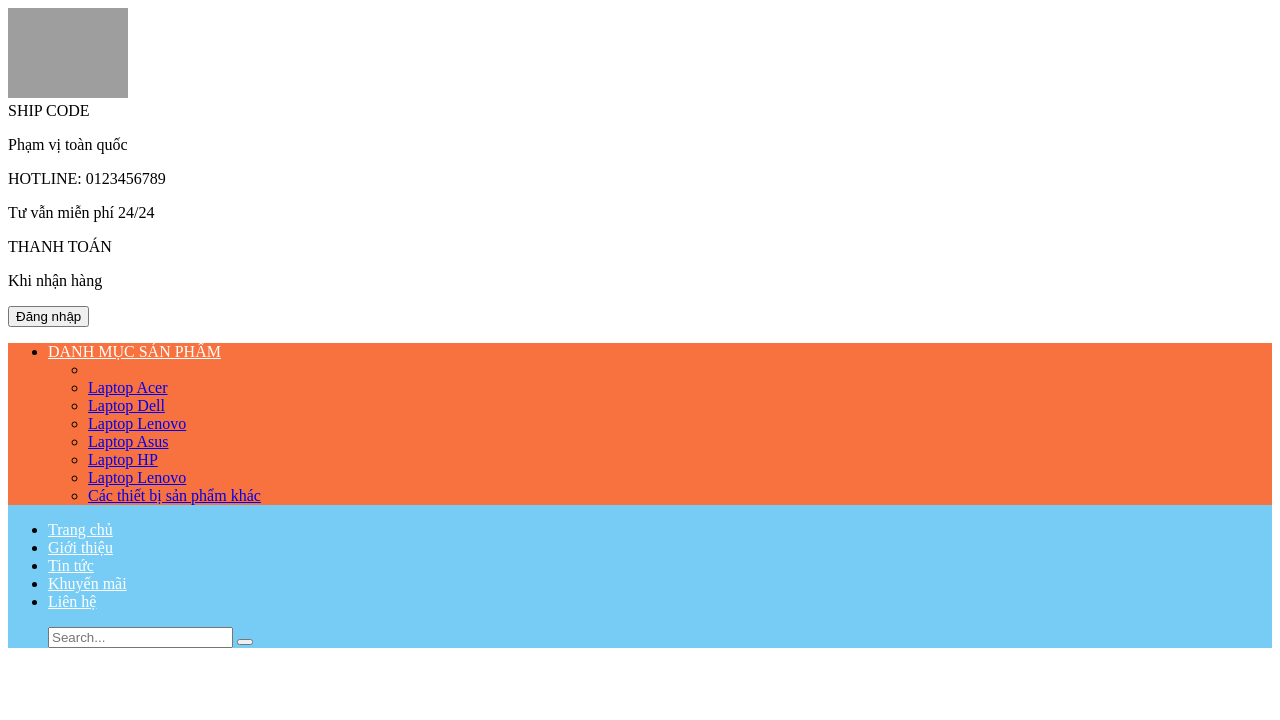
Repository: dhuNn103/DA
Page: http://localhost/CPT/all/homeHeader.jsp
These files come from the project's save history. The page is drawn as it stood at one moment and after the next save; the edit follows.
The browser window is 1280 px wide. The pictures show the whole page.
Pictures or frames that could not be fetched are drawn as grey boxes. The page is served by Tomcat 9.

Above is the page before, as saved 2024-05-13 16:31:53.

After the next save:
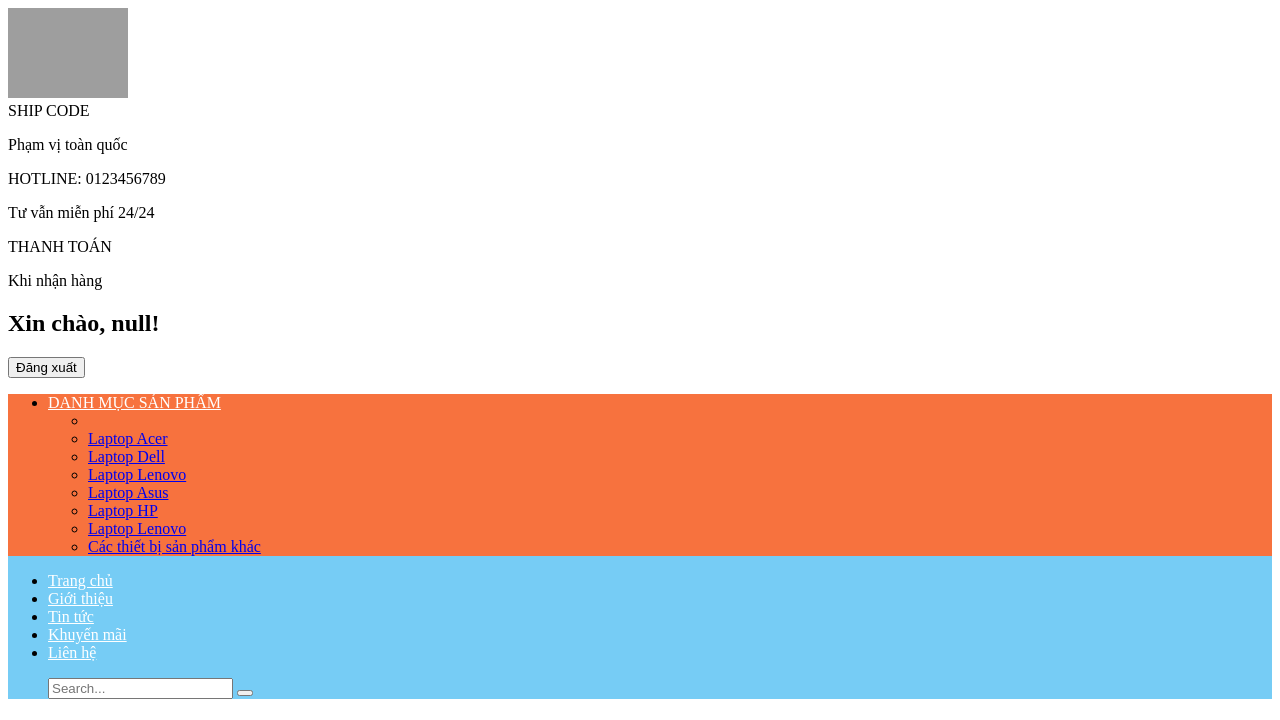
Saved 10 min 38 s later.
--- a/workspace/CPT/src/main/webapp/all/homeHeader.jsp
+++ b/workspace/CPT/src/main/webapp/all/homeHeader.jsp
@@ -79,20 +79,13 @@
 								<!-- 										nhập/đăng ký</button> -->
 								<!-- 								</a> -->
 
-								<%
-								if (session.getAttribute("username") == null) {
-								%>
-								<button onclick="location.href='login.jsp'">Đăng nhập</button>
-								<%
-								} else {
-								%>
-								<%-- Nếu đã đăng nhập, không hiển thị nút đăng nhập --%>
-								<form action="logout.jsp" method="post">
-									<input type="submit" value="Đăng xuất">
+								<h2>
+									Xin chào,
+									<%=session.getAttribute("eml")%>!
+								</h2>
+								<form action="LogoutServlet" method="post">
+									<button type="submit">Đăng xuất</button>
 								</form>
-								<%
-								}
-								%>
 							</div>
 						</div>
 						<div class="col-md-2">
